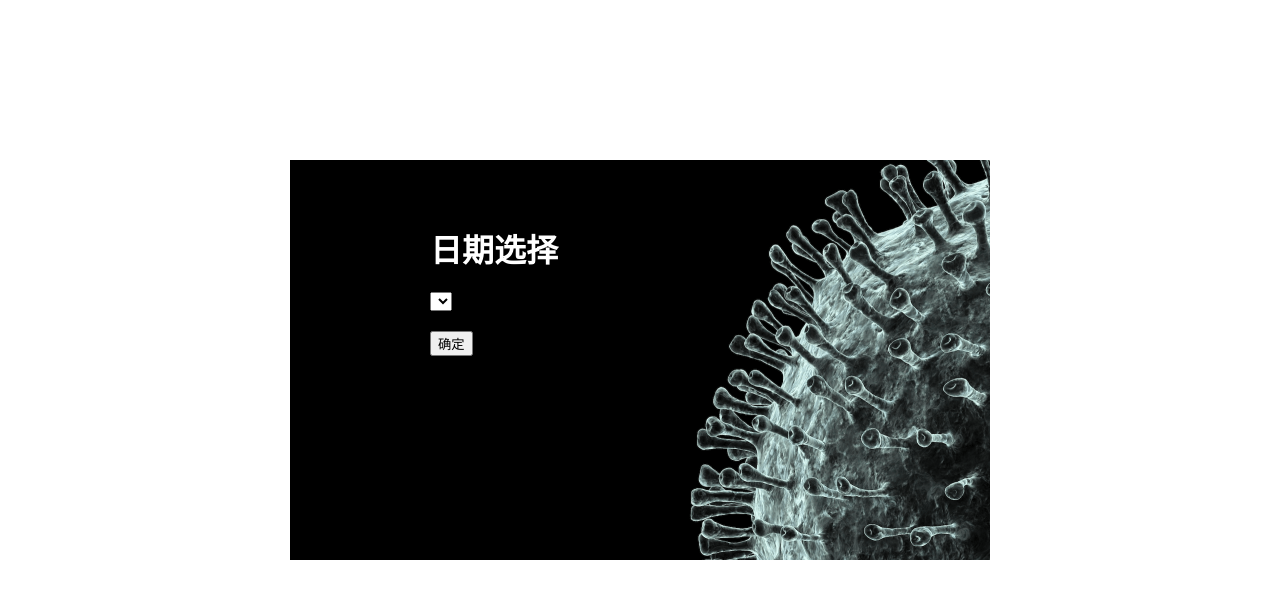
Repository: yz990219/InfectStatisticWeb
Page: http://localhost/MyInfectStatisticWeb/dateChooseProvince.jsp
The author's editor kept a copy of each file at every save. The page is drawn from the files as they stood at one save, then again after the next save.
The browser window is 1280 px wide. The pictures show the whole page.
The page is served by Tomcat 9. Other server files are loaded and not shown.

Above is the page before, as saved 2020-03-13 16:43:19.

### MyInfectStatisticWeb/WebContent/dateChooseProvince.jsp
<%@ page language="java" contentType="text/html; charset=utf-8"
	pageEncoding="utf-8"%>
<%@ page import="hw2.*"%>
<%@ page import="java.util.*"%>
<%@ page import="java.io.File"%>
<!DOCTYPE html>
<html>
<head>
<meta charset="UTF-8">
<meta http-equiv="X-UA-Compatible" content="IE=EDGE">
<title>省份日期详情选择</title>
<link href="css/datechoose.css" rel="stylesheet">
<script type="text/javascript" src="js/jquery.min.js"></script>
<script type="text/javascript" src="js/echarts.min.js"></script>
<script type="text/javascript" src="js/map/china.js"></script>
</head>
<body>


	<div class="datechoose">
		<form class="form" action="province.jsp" id="province">


			<%
				ArrayList<String> fileNameList = new ArrayList<String>();
				String[] temp;
				String path = "D:\\InfectStatisticWeb\\MyInfectStatisticWeb\\WebContent\\log\\";
				File name = new File(path);
				temp = name.list();
				if (name.isDirectory()) {
					for (int i = 0; i < temp.length; i++) {
						fileNameList.add(temp[i]);
					}
				}
			%>
			<div>
				<h1 style="color: #ffffff;">日期选择</h1>
			</div>
			<div>
				<select name="date">
					<%
						for (int i = 0; i < fileNameList.size(); i++) {
					%>
					<option
						value="<%=fileNameList.get(i).substring(0, fileNameList.get(i).length() - 8)%>">
						<%=fileNameList.get(i).substring(0, fileNameList.get(i).length() - 8)%>
					</option>
					<%
						}
					%>
				</select>
			</div>
			<input id="province_value" name="province_value" type="text"
				value="<%=request.getParameter("province_value")%>" style="display: none;">
			<div style="margin-top: 20px">
				<button type="submit">确定</button>
			</div>
		</form>


	</div>



</body>
</html>

### MyInfectStatisticWeb/WebContent/css/datechoose.css
@charset "UTF-8";
.datechoose {
	background-image: url(backgroundimg.png);
   	width: 700px;
    height: 400px;
    position: fixed;
    left: 50%;
    top: 50%;
    z-index: 11;
    /*设定这个div的margin-top的负值为自身的高度的一半,margin-left的值也是自身的宽度的一半的负值.*/
    /*宽为400,那么margin-top为-200px*/
    /*高为200那么margin-left为-100px;*/
    margin: -200px 0 0 -350px;
}
.form{
	margin: 65px 0 0 140px;
}

Loaded but not shown: MyInfectStatisticWeb/WebContent/js/jquery.min.js (library); MyInfectStatisticWeb/WebContent/js/echarts.min.js (library); MyInfectStatisticWeb/WebContent/js/map/china.js (library)

After the next save:
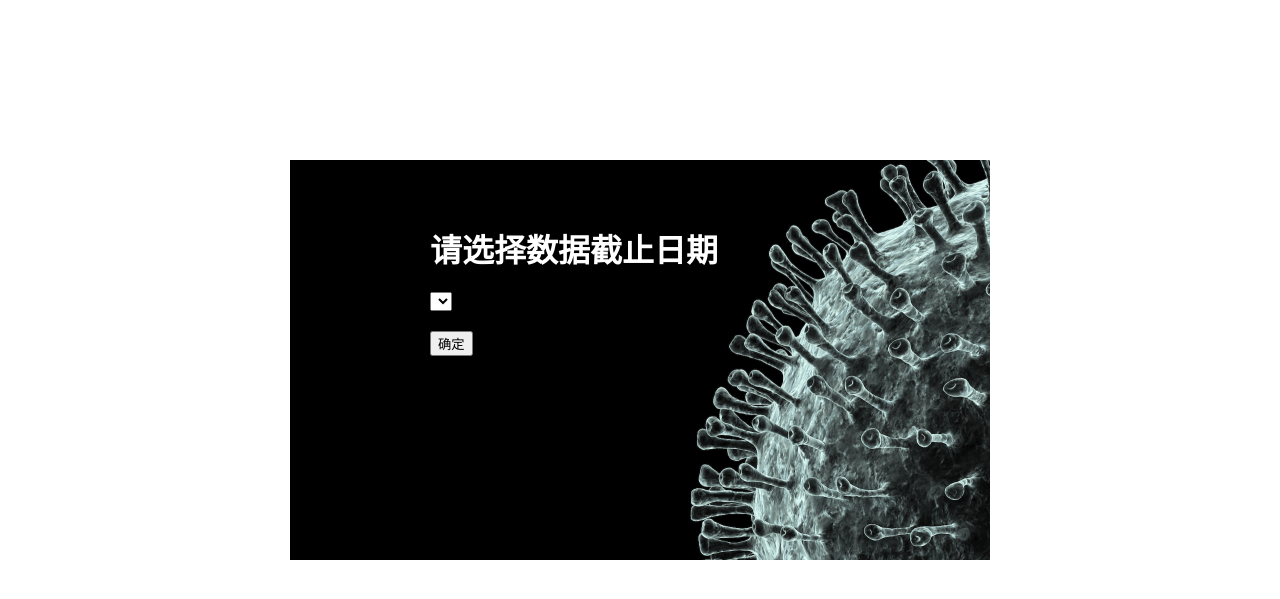
Saved 14 s later.
--- a/MyInfectStatisticWeb/WebContent/dateChooseProvince.jsp
+++ b/MyInfectStatisticWeb/WebContent/dateChooseProvince.jsp
@@ -34,7 +34,7 @@
 				}
 			%>
 			<div>
-				<h1 style="color: #ffffff;">日期选择</h1>
+				<h1 style="color: #ffffff;">请选择数据截止日期</h1>
 			</div>
 			<div>
 				<select name="date">
